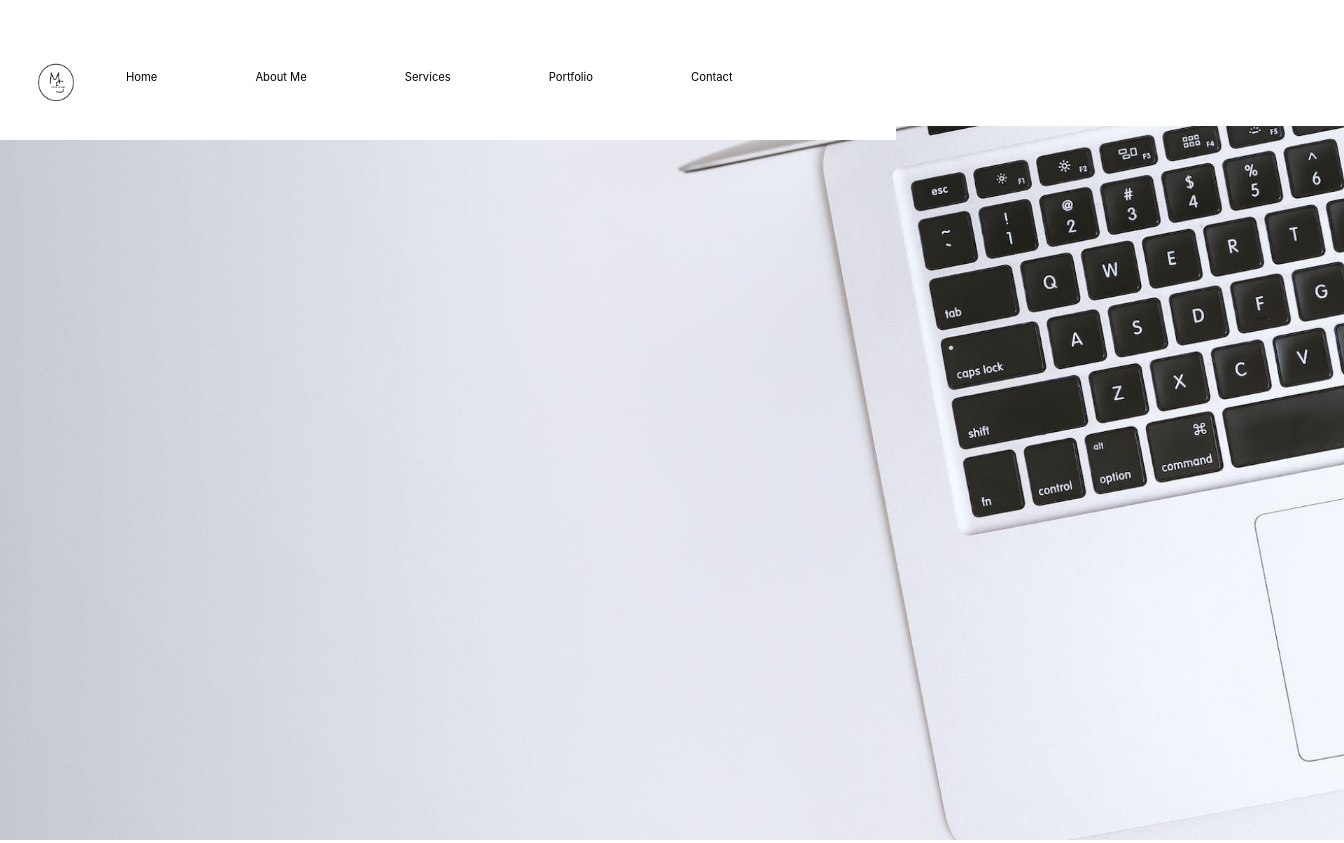
Repository: MEROO1010/Portfolio-2
Page: /
The author's editor kept a copy of each file at every save. The page is drawn from the files as they stood at one save, then again after the next save.
The browser window is 1280 px wide. The page is 1920 px wide, so the pictures cover 1920 px, including what lies to the right of the window. The pictures show the whole page, at 70% of full size.
The project was rebuilt for these pictures with package versions that can differ from the ones it lists, and the page was loaded fresh each time.

Above is the page before, as saved 2023-12-16 10:56:12.

After the next save:
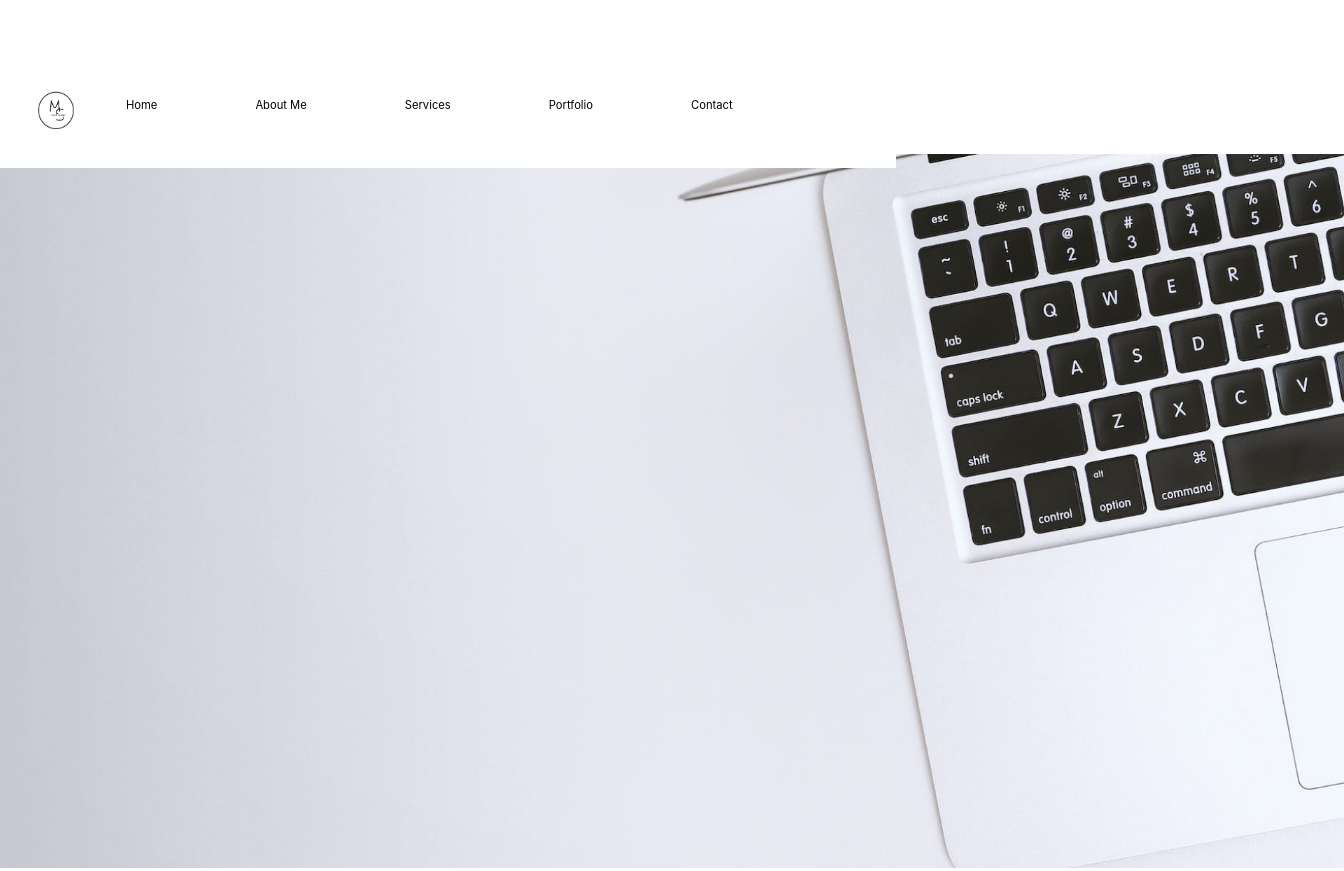
Saved 7 s later.
--- a/src/components/Navbar.js
+++ b/src/components/Navbar.js
@@ -26,7 +26,7 @@
   background-color:white;
   position:relative;
   top:60px;
-  margin-bottom:40px;
+  margin-top:40px;
 
 
   ul{

After the save that followed:
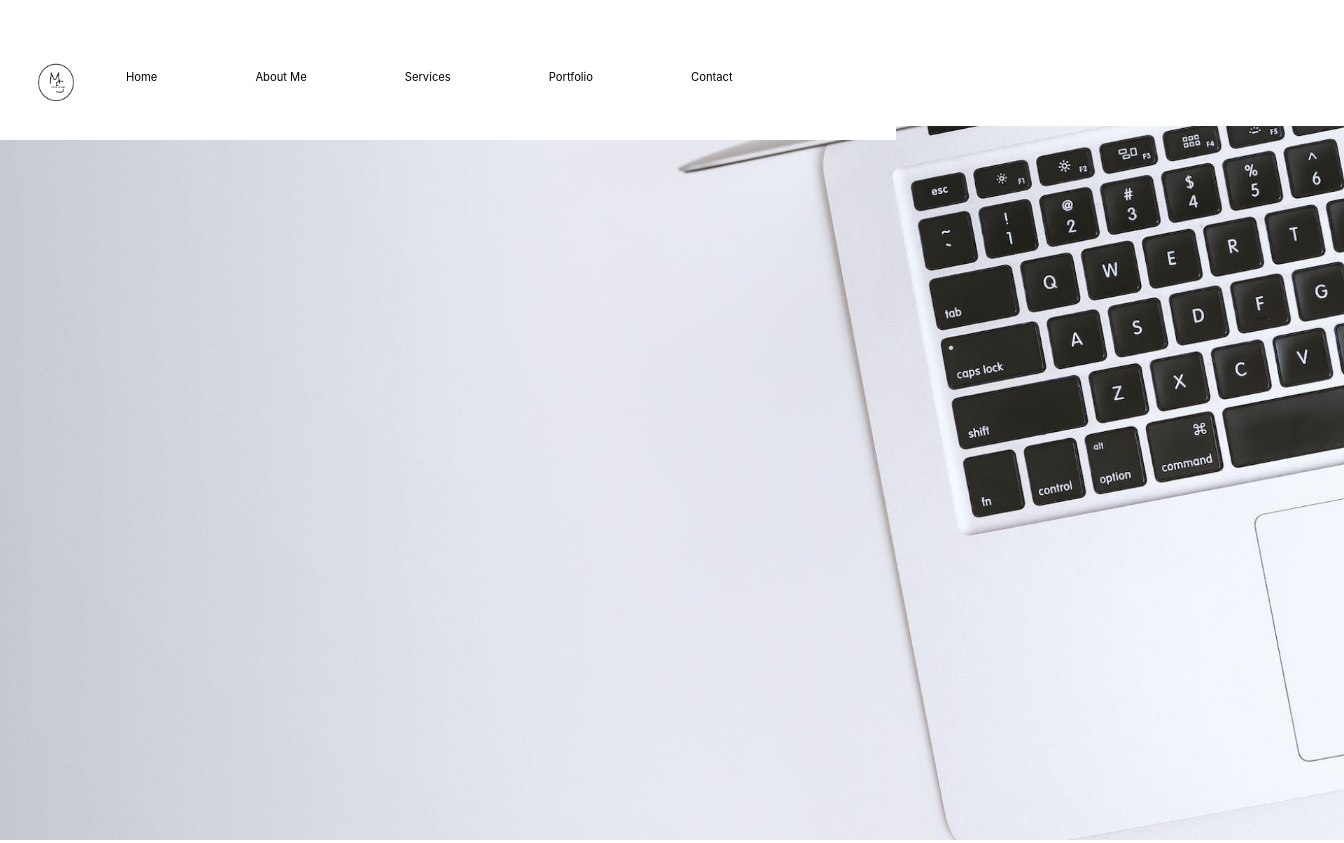
Saved 8 s later.
--- a/src/components/Navbar.js
+++ b/src/components/Navbar.js
@@ -26,7 +26,7 @@
   background-color:white;
   position:relative;
   top:60px;
-  margin-top:40px;
+
 
 
   ul{
